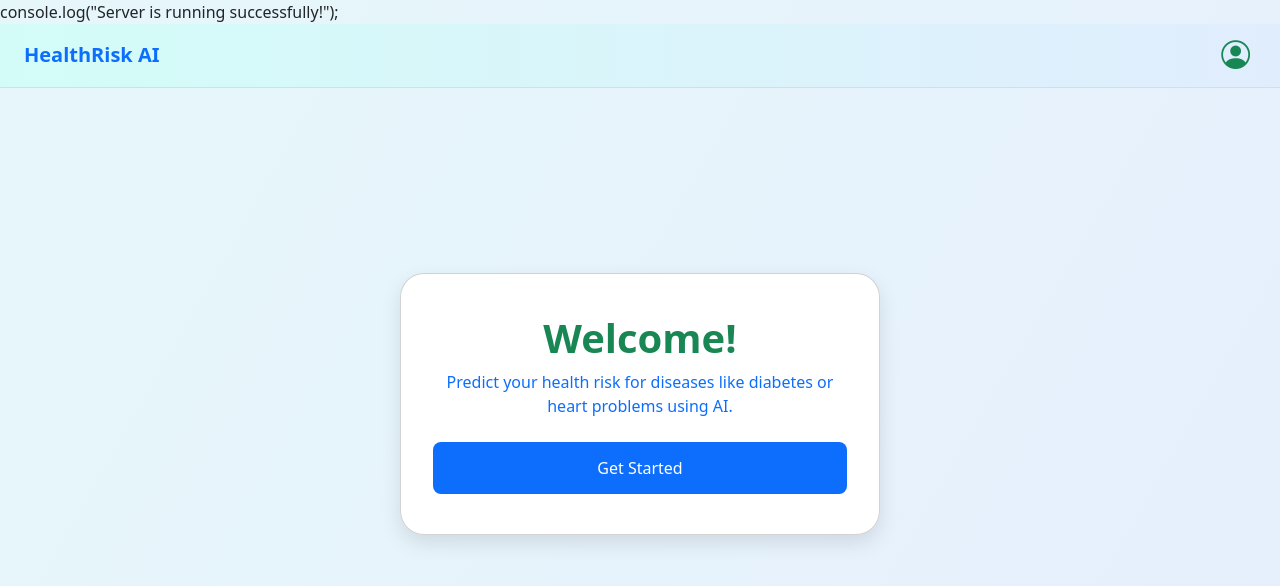
Repository: vipinsamy-sys/ML-health_tracker
Page: index.html
These files come from the project's save history. The page is drawn as it stood at one moment and after the next save; the edit follows.
The browser window is 1280 px wide. The pictures show the whole page.

Above is the page before, as saved 2025-10-30 18:50:56.

### index.html
console.log("Server is running successfully!");
<!DOCTYPE html>
<html lang="en">
<head>
  <meta charset="UTF-8" />
  <meta name="viewport" content="width=device-width, initial-scale=1.0" />
  <title>HealthRisk AI</title>
  <!-- Bootstrap CSS + Icons -->
  <link href="https://cdn.jsdelivr.net/npm/bootstrap@5.3.2/dist/css/bootstrap.min.css" rel="stylesheet">
  <link href="https://cdn.jsdelivr.net/npm/bootstrap-icons@1.11.1/font/bootstrap-icons.css" rel="stylesheet">
  <link href="app.css" rel="stylesheet">
  <style>
    body {
      min-height: 100vh;
      background: linear-gradient(120deg, #e6f7fa 0%, #e6effd 100%);
      display: flex;
      flex-direction: column;
    }
    .navbar-custom {
      background: linear-gradient(90deg, #d3fcf8 0%, #e0edfd 100%);
      border-bottom: 1px solid #c3e6e7;
      padding: 1rem 1.5rem;
    }
    .main-content {
      flex: 1;
      display: flex;
      justify-content: center;
      align-items: center;
      padding: 2rem;
    }
    .card {
      background: rgba(255,255,255,0.98);
      padding: 2.5rem 2rem;
      border-radius: 24px;
      max-width: 480px;
      width: 100%;
      text-align: center;
      box-shadow: 0 8px 20px rgba(0,0,0,0.1);
    }
    .btn-primary {
      background: #0d6efd;
      color: white;
      border: none;
      padding: 0.9rem 1.2rem;
      border-radius: 8px;
      font-size: 1rem;
      cursor: pointer;
      width: 100%;
      display: flex;
      align-items: center;
      justify-content: center;
      gap: 0.5rem;
    }
    .btn-primary:hover {
      background: #0b5ed7;
      transform: scale(1.03);
      box-shadow: 0 0 15px rgba(13,110,253,0.3);
    }
    .user-btn {
      background: none;
      border: none;
      color: #198754;
      font-size: 1.8rem;
      cursor: pointer;
      margin-left: 1.1rem;
      transition: color .2s;
    }
    .user-btn:hover {
      color: #0d6efd;
    }
    .modal-content { border-radius: 1.2rem; }
    .form-label { font-weight: 500; }
    .auth-divider {
      text-align: center; margin: 1.2rem 0 .7rem 0; color: #888; font-size: 0.96rem;
    }
  </style>
</head>
<body>
  <!-- Navbar -->
  <nav class="navbar-custom d-flex justify-content-between align-items-center">
    <a href="#" class="fw-bold fs-5 text-primary text-decoration-none">HealthRisk AI</a>
    <div>
      <button class="user-btn" type="button" data-bs-toggle="modal" data-bs-target="#signInModal" title="Account">
        <i class="bi bi-person-circle"></i>
      </button>
    </div>
  </nav>

  <!-- Main Content -->
  <div class="main-content">
    <div class="card">
      <h1 class="fw-bold mb-2 text-success">Welcome!</h1>
      <p class="mb-4" style="color:#0d6efd;font-weight:500">Predict your health risk for diseases like diabetes or heart problems using AI.</p>
      <button class="btn-primary" type="button" data-bs-toggle="modal" data-bs-target="#signInModal">

        Get Started
      </button>
    </div>
  </div>

  <!-- Bootstrap and Icons CDN in <head> as before -->

<!-- Navbar (with user icon) and Get Started button -->
<!-- ...your main page content... -->

<!-- Sign In Modal (DEFAULT) -->
<div class="modal fade" id="signInModal" tabindex="-1" aria-labelledby="signInModalLabel" aria-hidden="true">
  <div class="modal-dialog modal-dialog-centered">
    <div class="modal-content px-2">
      <div class="modal-header border-0">
        <h5 class="modal-title" id="signInModalLabel">
          <i class="bi bi-person-circle me-2"></i>log In
        </h5>
        <button type="button" class="btn-close" data-bs-dismiss="modal" aria-label="Close"></button>
      </div>
      <div class="modal-body pb-1">
        <form id="signInForm" autocomplete="off">
          <div class="mb-3">
            <label for="login-email" class="form-label">Email address</label>
            <input type="email" class="form-control" id="login-email" required>
          </div>
          <div class="mb-3">
            <label for="login-password" class="form-label">Password</label>
            <input type="password" class="form-control" id="login-password" required>
          </div>
          <button type="submit" class="btn btn-success w-100 my-1">log In</button>
          <div class="auth-divider text-center my-2">or</div>
          <a href="#" class="btn btn-outline-primary w-100" id="openSignUpModal">
            <i class="bi bi-person-plus me-1"></i> New user? Sign up
          </a>
        </form>
      </div>
    </div>
  </div>
</div>

<!-- SIGN UP MODAL (separate) -->
<div class="modal fade" id="signUpModal" tabindex="-1" aria-labelledby="signUpModalLabel" aria-hidden="true">
  <div class="modal-dialog modal-dialog-centered">
    <div class="modal-content px-2">
      <div class="modal-header border-0">
        <h5 class="modal-title" id="signUpModalLabel">
          <i class="bi bi-person-plus me-2"></i>Sign Up
        </h5>
        <button type="button" class="btn-close" data-bs-dismiss="modal" aria-label="Close"></button>
      </div>
      <div class="modal-body pb-1">
        <form id="signUpForm" autocomplete="off">
          <div class="mb-3">
            <label for="signup-fullname" class="form-label">Full Name</label>
            <input type="text" class="form-control" id="signup-fullname" required>
          </div>
          <div class="mb-3">
            <label for="signup-email" class="form-label">Email address</label>
            <input type="email" class="form-control" id="signup-email" required>
          </div>
          <div class="mb-3">
            <label for="signup-password" class="form-label">Password</label>
            <input type="password" class="form-control" id="signup-password" required>
          </div>
          <button type="submit" class="btn btn-primary w-100 my-1">Sign Up</button>
          <div class="auth-divider text-center my-2">or</div>
          <a href="#" class="btn btn-outline-success w-100" id="openSignInModal">
            <i class="bi bi-box-arrow-in-right me-1"></i> Already have an account? Sign in
          </a>
        </form>
      </div>
    </div>
  </div>
</div>

<!-- Success Modal (for both) -->
<div class="modal fade" id="successModal" tabindex="-1" aria-labelledby="successModalLabel" aria-hidden="true">
  <div class="modal-dialog modal-dialog-centered">
    <div class="modal-content p-4 text-center">
      <div class="modal-body">
        <i class="bi bi-check-circle-fill text-success" style="font-size:2.5rem"></i>
        <h5 class="mt-3" id="successMessage"></h5>
        <button class="btn btn-primary w-100 mt-3" data-bs-dismiss="modal">OK</button>
      </div>
    </div>
  </div>
</div>

<!-- Bootstrap JS and Modal Swap Logic -->
<script src="https://cdn.jsdelivr.net/npm/bootstrap@5.3.2/dist/js/bootstrap.bundle.min.js"></script>
<script>
  // Open sign in modal from user icon or Get Started
  // Set data-bs-toggle="modal" data-bs-target="#signInModal" on your triggers
  // Example for button: <button ... data-bs-toggle="modal" data-bs-target="#signInModal">
  const signInModal = new bootstrap.Modal(document.getElementById('signInModal'));
  const signUpModal = new bootstrap.Modal(document.getElementById('signUpModal'));
  const successModal = new bootstrap.Modal(document.getElementById('successModal'));
  const signInForm = document.getElementById('signInForm');
  const signUpForm = document.getElementById('signUpForm');
  const openSignUpModalBtn = document.getElementById('openSignUpModal');
  const openSignInModalBtn = document.getElementById('openSignInModal');
  const successMessage = document.getElementById('successMessage');

  openSignUpModalBtn.onclick = function(e) {
    e.preventDefault();
    signInModal.hide();
    setTimeout(()=>signUpModal.show(), 350);
  };
  openSignInModalBtn.onclick = function(e) {
    e.preventDefault();
    signUpModal.hide();
    setTimeout(()=>signInModal.show(), 350);
  };

  // Success modals
  signInForm.onsubmit = function(e) {
    e.preventDefault();
    signInModal.hide();
    successMessage.textContent = 'Signed in successfully!';
    setTimeout(()=>successModal.show(), 350);
  };
  signUpForm.onsubmit = function(e) {
    e.preventDefault();
    signUpModal.hide();
    successMessage.textContent = 'Account created successfully!';
    setTimeout(()=>successModal.show(), 350);
  };
</script>

</body>
</html>

Loaded but not shown: public/app.css (common file)

After the next save:
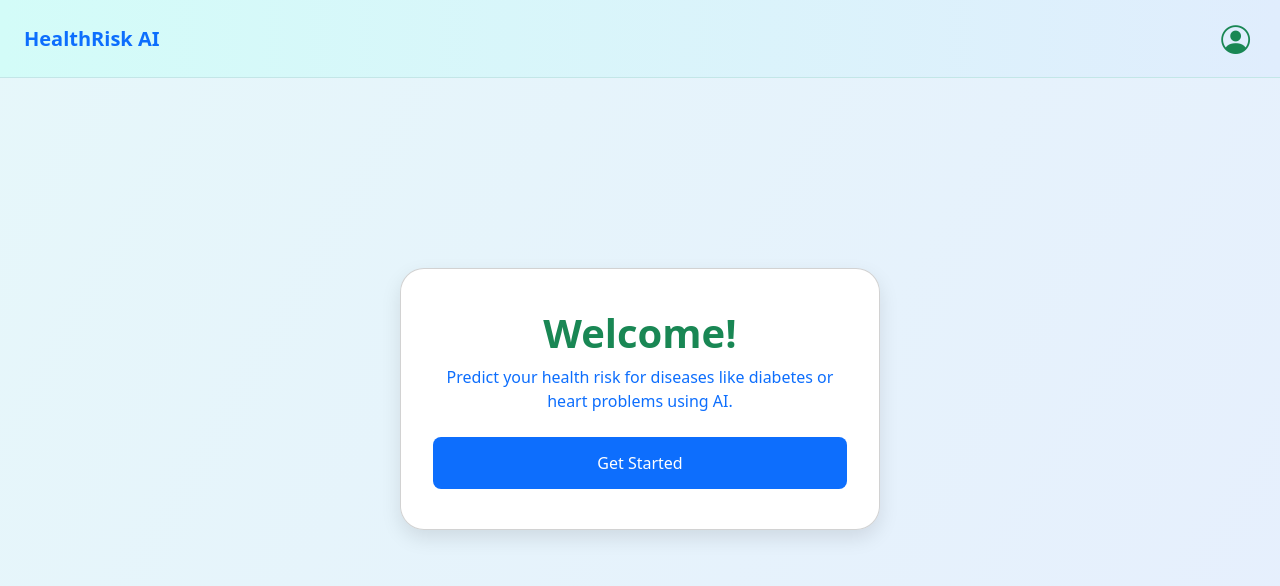
Saved 2 min 8 s later.
--- a/index.html
+++ b/index.html
@@ -1,4 +1,4 @@
-console.log("Server is running successfully!");
+
 <!DOCTYPE html>
 <html lang="en">
 <head>
